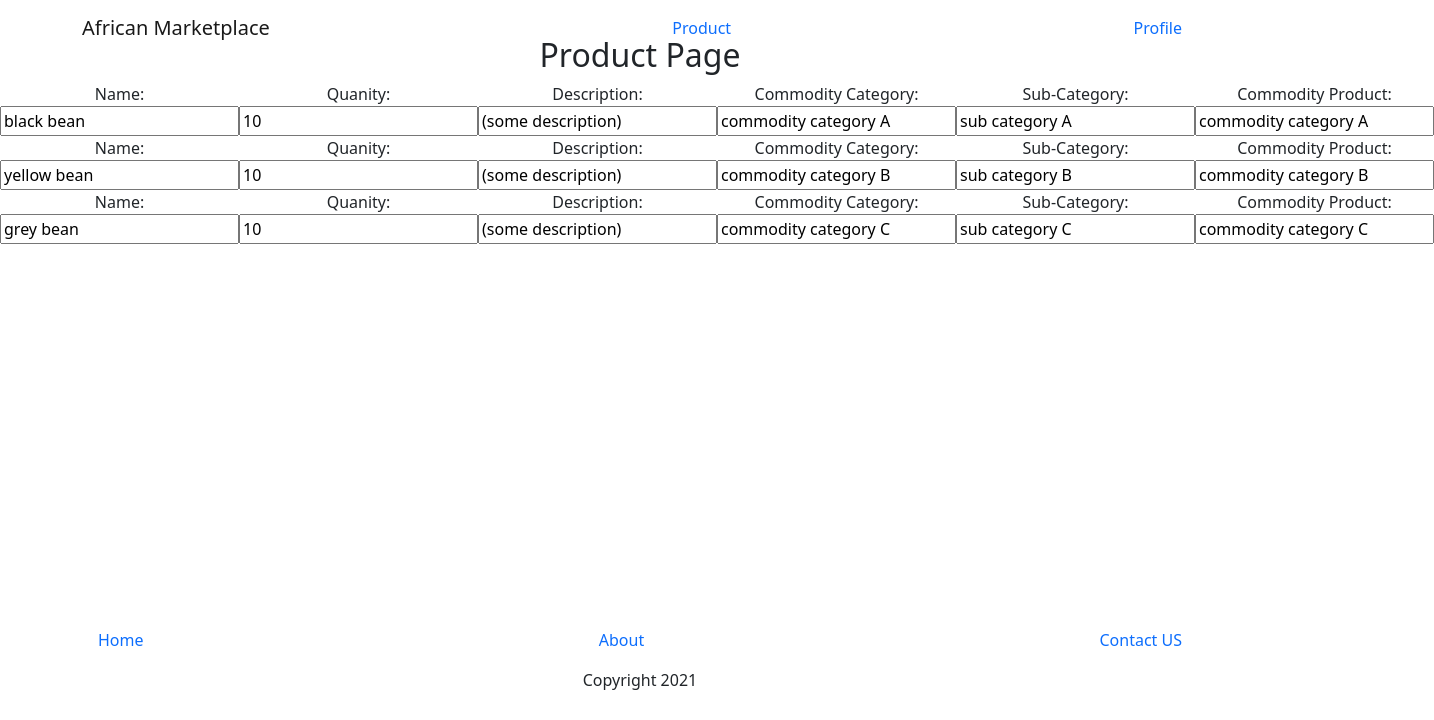
Repository: NelsonMaldonado/AfricanMarketplace
Page: /product (app in african-marketplace/)
The author's editor kept a copy of each file at every save. The page is drawn from the files as they stood at one save, then again after a run of saves.
The browser window is 1280 px wide. The page is 1434 px wide, so the pictures cover 1434 px, including what lies to the right of the window. The pictures show the whole page.
The project was rebuilt for these pictures with package versions that can differ from the ones it lists, and the page was loaded fresh each time. Also part of the build but not shown: african-marketplace/src/component/form_login.js, african-marketplace/src/page/home.js, african-marketplace/src/component/404.js, african-marketplace/src/page/about.js, african-marketplace/src/page/profile.js, african-marketplace/src/page/contact.js.

Above is the page before, as saved 2021-08-23 08:55:04.

After the next 9 saves:
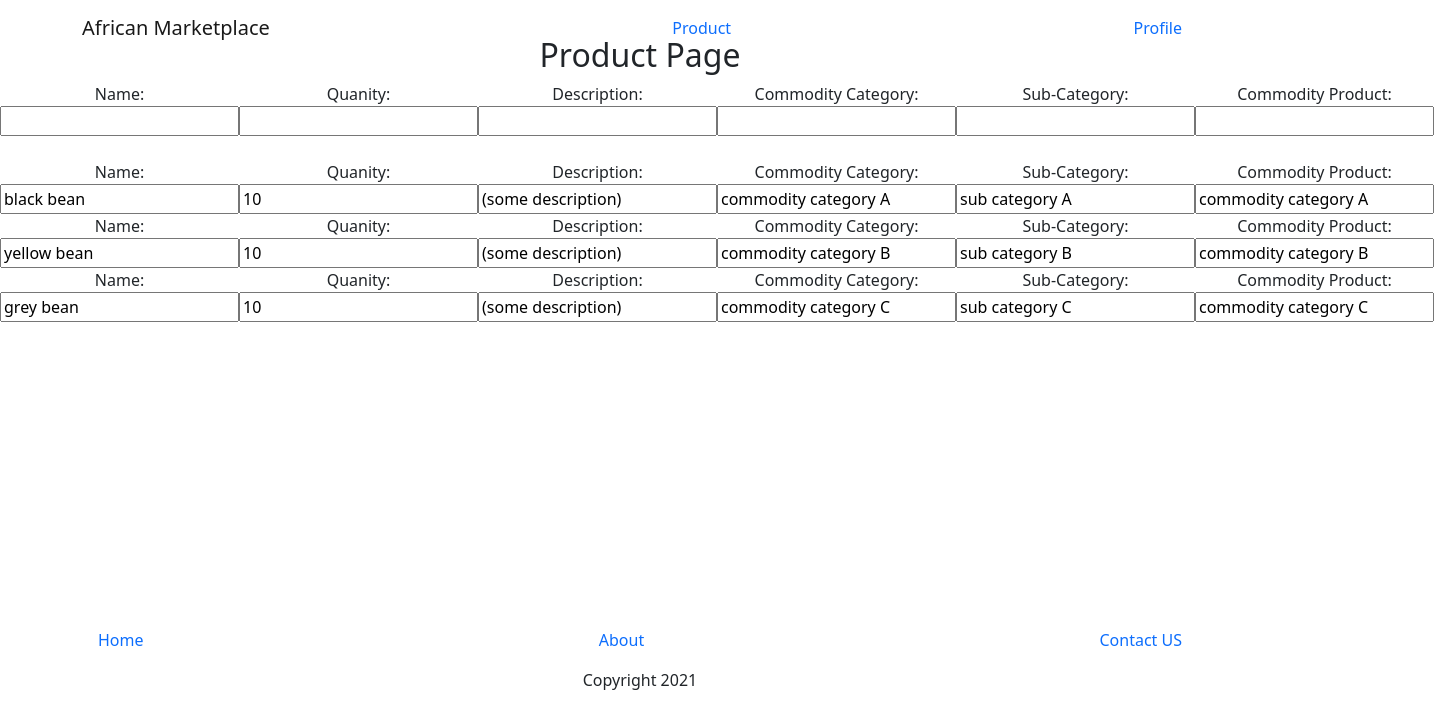
The 9 saves are shown as one change because 2 did not build or start and some came seconds apart.
The last was saved 48 s later.
--- a/african-marketplace/src/page/product.js
+++ b/african-marketplace/src/page/product.js
@@ -1,10 +1,14 @@
 import React from "react";
 import Form_Listing_Item from "../component/form_listing_item";
-
+import Form_Add_Item from "../component/form_add_item";
 export default function ProductPage(props) {
   return (
     <div>
       <h2>Product Page</h2>
+
+      <Form_Add_Item />
+      <br />
+
       <Form_Listing_Item />
     </div>
   );
